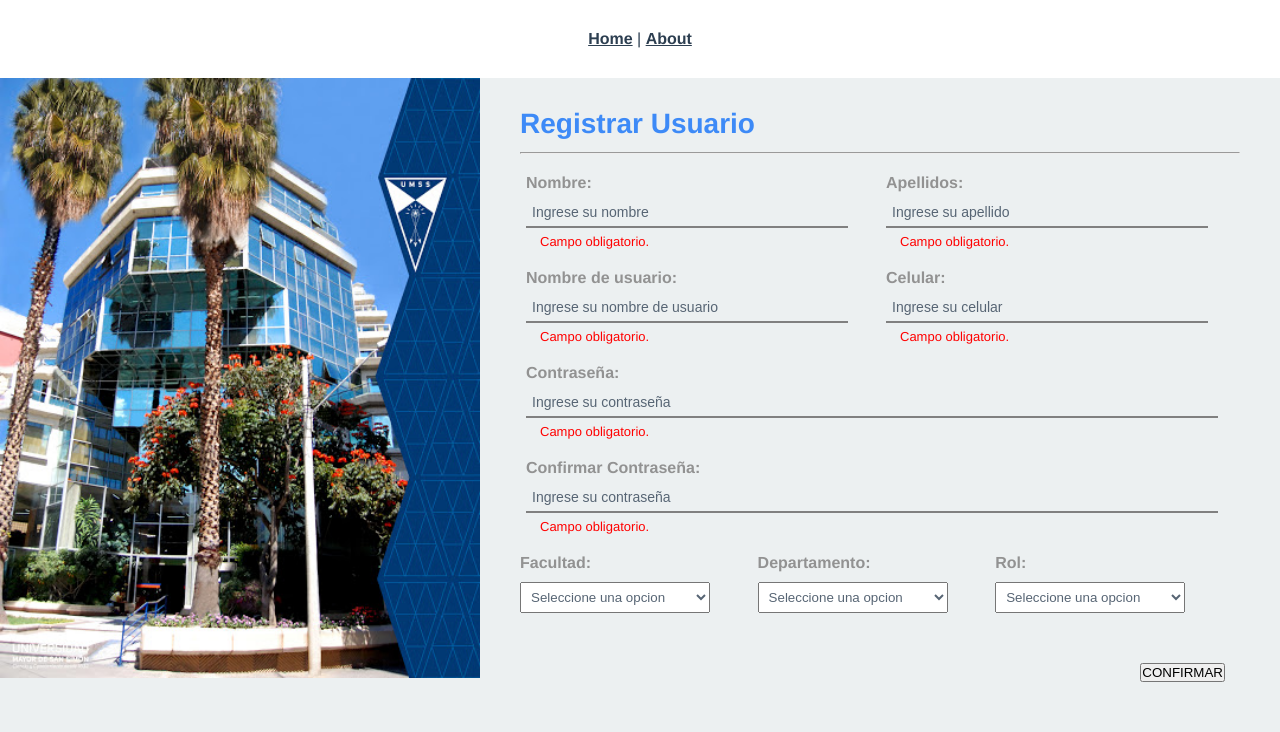
Repository: BritanyTorrico/front-cotizaciones
Page: /register
These files come from the project's save history. The page is drawn as it stood at one moment and after the next save; the edit follows.
The browser window is 1280 px wide. The pictures show the whole page.
The project was rebuilt for these pictures with package versions that can differ from the ones it lists, and the page was loaded fresh each time. Also part of the build but not shown: vue.config.js, src/components/HelloWorld.vue, src/views/Home.vue.

Above is the page before, as saved 2021-04-22 12:51:05.

### src/main.js
import Vue from "vue";
import App from "./App.vue";
import router from "./router";
import store from "./store";
import instance from "@/services/axios";
import Vuelidate from "vuelidate";
Vue.config.productionTip = false;
Vue.prototype.$http = instance;
Vue.use(Vuelidate);
new Vue({
    router,
    store,
    render: (h) => h(App),
}).$mount("#app");

### src/App.vue
<template>
  <div id="app">
    <div id="nav">
      <router-link to="/">Home</router-link> |
      <router-link to="/about">About</router-link>
    </div>
    <router-view />
  </div>
</template>

<style>
* {
  padding: 0;
  margin: 0;
}
:root {
  --color-title: #3d8af7;
  --color-name: #929292;
  --color-line: #c0c0c0;
}
#app {
  font-family: Avenir, Helvetica, Arial, sans-serif;
  -webkit-font-smoothing: antialiased;
  -moz-osx-font-smoothing: grayscale;
  text-align: center;
  color: #2c3e50;
}

#nav {
  padding: 30px;
}

#nav a {
  font-weight: bold;
  color: #2c3e50;
}

#nav a.router-link-exact-active {
  color: #42b983;
}
</style>

### src/router/index.js
import Vue from "vue";
import VueRouter from "vue-router";
import Home from "../views/Home.vue";

Vue.use(VueRouter);

const routes = [{
        path: "/",
        name: "Home",
        component: Home,
    },
    {
        path: "/about",
        name: "About",
        // route level code-splitting
        // this generates a separate chunk (about.[hash].js) for this route
        // which is lazy-loaded when the route is visited.
        component: () =>
            import ( /* webpackChunkName: "about" */ "../views/About.vue"),
    },
    {
        path: "/register",
        name: "RegisterUserPage",
        component: () =>
            import ("../views/RegisterUserPage.vue"),
    },
];

const router = new VueRouter({
    mode: "history",
    base: process.env.BASE_URL,
    routes,
});

export default router;

### src/services/axios.js
import axios from "axios";

const instance = axios.create({
    baseURL: "http://localhost:4000/",
    headers: { "Content-Type": "application/json" },
});

export default instance;

### src/views/RegisterUserPage.vue
<template>
  <div>
    <register-user />
  </div>
</template>

<script>
import RegisterUser from "@/components/User/RegisterUser.vue";
export default {
  components: { RegisterUser },
  name: "RegisterUserPage",
};
</script>

<style lang="scss" scoped></style>

### src/components/User/RegisterUser.vue
<template>
  <div class="container">
    <form @submit.prevent="submitForm">
      <div class="flex-container">
        <div class="form__image">
          <img src="@/assets/edificioUMSS.jpg" alt="" />
        </div>

        <div class="form__datos">
          <div class="form_title">
            <h1>Registrar Usuario</h1>
            <hr class="form__linea" />
          </div>
          <div class="form__section">
            <div class="form__name">
              <label
                ><div class="formulario_label">Nombre:</div>
                <input
                  v-on:keydown="keyhandler($event)"
                  :class="
                    $v.users.nombres.$invalid
                      ? 'form_check-input-error'
                      : 'form__input'
                  "
                  type="text"
                  placeholder="Ingrese su nombre"
                  v-model="users.nombres"
                />
              </label>
              <div class="form_check-error" v-if="!$v.users.nombres.required">
                Campo obligatorio.
              </div>
              <div class="form_check-error" v-if="!$v.users.nombres.maxLength">
                Máximo
                {{ $v.users.nombres.$params.maxLength.max }}caracteres.
              </div>
            </div>
            <div class="form__name">
              <label
                ><div class="formulario_label">Apellidos:</div>
                <input
                  :class="
                    $v.users.apellidos.$invalid
                      ? 'form_check-input-error'
                      : 'form__input'
                  "
                  type="text"
                  placeholder="Ingrese su apellido"
                  required
                  v-model="users.apellidos"
                />
              </label>
              <div class="form_check-error" v-if="!$v.users.apellidos.required">
                Campo obligatorio.
              </div>
              <div
                class="form_check-error"
                v-if="!$v.users.apellidos.maxLength"
              >
                Máximo
                {{ $v.users.apellidos.$params.maxLength.max }} caracteres.
              </div>
            </div>
          </div>
          <div class="form__section">
            <div class="form__name">
              <label
                ><div class="formulario_label">Nombre de usuario:</div>
                <input
                  :class="
                    $v.users.nombre_usuario.$invalid
                      ? 'form_check-input-error'
                      : 'form__input'
                  "
                  type="text"
                  placeholder="Ingrese su nombre de usuario"
                  v-model="users.nombre_usuario"
                  required
                />
              </label>
              <div
                class="form_check-error"
                v-if="!$v.users.nombre_usuario.required"
              >
                Campo obligatorio.
              </div>
              <div
                class="form_check-error"
                v-if="!$v.users.nombre_usuario.maxLength"
              >
                Máximo
                {{ $v.users.nombre_usuario.$params.maxLength.max }} caracteres.
              </div>
            </div>
            <div class="form__name">
              <label
                ><div class="formulario_label">Celular:</div>
                <input
                  :class="
                    $v.users.celular.$invalid
                      ? 'form_check-input-error'
                      : 'form__input'
                  "
                  type="text"
                  placeholder="Ingrese su celular"
                  v-model="users.celular"
                />
              </label>
              <div class="form_check-error" v-if="!$v.users.celular.required">
                Campo obligatorio.
              </div>
            </div>
          </div>
          <div class="form__section2">
            <div class="formulario_label">Contraseña:</div>
            <input
              type="password"
              :class="
                $v.users.contrasena.$invalid
                  ? 'form_check-input-error'
                  : 'form__input'
              "
              placeholder="Ingrese su contraseña"
              v-model="users.contrasena"
            />
            <div class="form_check-error" v-if="!$v.users.contrasena.required">
              Campo obligatorio.
            </div>
            <div class="form_check-error" v-if="!$v.users.contrasena.maxLength">
              Contraseña muy larga máximo
              {{ $v.users.contrasena.$params.maxLength.max }} caracteres.
            </div>
          </div>
          <div class="form__section2">
            <div class="formulario_label">Confirmar Contraseña:</div>
            <input
              type="password"
              :class="
                $v.users.confirmarContraseña.$invalid
                  ? 'form_check-input-error'
                  : 'form__input'
              "
              placeholder="Ingrese su contraseña"
              v-model="users.confirmarContraseña"
            />
            <div
              class="form_check-error"
              v-if="!$v.users.confirmarContraseña.required"
            >
              Campo obligatorio.
            </div>
            <div
              class="form_check-error"
              v-if="!$v.users.confirmarContraseña.maxLength"
            >
              Contraseña muy larga maximo
              {{ $v.users.confirmarContraseña.$params.maxLength.max }}
              caracteres.
            </div>
          </div>
          <div class="form__section3">
            <div class="fomrm__section__item">
              <lista-desplegable
                v-model="users.facultad"
                nombreLista="Facultad:"
                :lista="listfacultad"
              ></lista-desplegable>
            </div>
            <div class="fomrm__section__item">
              <lista-desplegable
                v-model="users.departamento"
                nombreLista="Departamento:"
                :lista="listDepartament"
              ></lista-desplegable>
            </div>
            <div class="fomrm__section__item">
              <lista-desplegable
                v-model="users.nombre_rol"
                nombreLista="Rol:"
                :lista="listRoles"
              ></lista-desplegable>
            </div>
          </div>
          <div class="boton">
            <button class="boton-input ">CONFIRMAR</button>
          </div>
          <Alert ref="alert"></Alert>
        </div>
      </div>
    </form>
  </div>
</template>

<script>
import { required, minLength, maxLength } from "vuelidate/lib/validators";
import ListaDesplegable from "./ListaDesplegable.vue";
import Alert from "@/components/User/Alert.vue";
export default {
  components: { ListaDesplegable, Alert },
  name: "RegisterUser",
  data() {
    return {
      users: {
        nombre_usuario: null,
        contrasena: null,
        confirmarContraseña: null,
        nombres: null,
        apellidos: null,
        celular: null,
        facultad: null,
        departamento: null,
        nombre_rol: null,
      },
      listDepartament: [
        "Ingeniería de Sistemas",
        "Ingeniería Informática",
        "Ingeniería Civil",
        "Ingeniería Mecánica",
        "Administración",
      ],
      listfacultad: [
        "FACULTAD DE CIENCIAS Y TECNOLOGIA",
        "FACULTAD DE CIENCIAS ECONÓMICAS",
      ],
      listRoles: [
        "Super Usuario",
        "Jefe de Departamento",
        "Secretario",
        "Cotizador",
        "Responsable de Presupuestos",
      ],
    };
  },
  validations: {
    users: {
      nombres: {
        required,
        minLength: minLength(3),
        maxLength: maxLength(20),
      },
      apellidos: {
        required,
        minLength: minLength(4),
        maxLength: maxLength(30),
      },
      nombre_usuario: {
        required,
        maxLength: maxLength(20),
      },
      contrasena: {
        required,
        minLength: minLength(8),
        maxLength: maxLength(20),
      },
      confirmarContraseña: {
        required,
        minLength: minLength(8),
        maxLength: maxLength(20),
      },
      celular: {
        required,
        minLength: minLength(8),
      },
    },
  },
  methods: {
    keyhandler(e) {
      if (!e.key.match(/^[a-zA-Z0-9ñÑáéíóúÁÉÍÓÚ.\s]*$/)) {
        e.preventDefault();
      }
    },
    async submitForm() {
      try {
        if (!this.$v.users.$invalid) {
          console.log("creo");
          await this.sendDataUsers();

          this.alert("success", "Usuario creado exitosamente");
          await this.sendUsernameRol();
        } else {
          this.alert("warning", "Rellene todos los datos correctamente");
        }
      } catch (error) {
        this.alert("warning", "Error al crear usuario");
      }
    },

    async sendUsernameRol() {
      try {
        console.log("roles");
        await this.$http.post("usersPerRole", {
          nombre_rol: this.users.nombre_rol,
          nombre_usuario: this.users.nombre_usuario,
        });
      } catch (error) {
        throw new Error("ALGO SALIO MAL");
      }
    },
    async sendDataUsers() {
      try {
        console.log(this.users);
        await this.$http.post("users", {
          nombre_usuario: this.users.nombre_usuario,
          contrasena: this.users.contrasena,
          nombres: this.users.nombres,
          apellidos: this.users.apellidos,
          celular: this.users.celular,
          facultad: this.users.facultad,
          departamento: this.users.departamento,
        });
      } catch (error) {
        throw new Error("ALGO SALIO MAL");
      }
    },
    alert(alertType, alertMessage) {
      this.$refs.alert.showAlert(alertType, alertMessage);
    },
  },
};
</script>

<style lang="css" scoped>
.flex-container {
  display: flex;
  background-color: #ecf0f1;
}
.form__image {
  width: 40%;
}
.form__image img {
  width: 100%;
  height: 600px;
}

.form__datos {
  width: 60%;
  margin-left: 40px;
  margin-right: 40px;
}
.form_title {
  color: var(--color-title);
  text-align: left;
  font-size: 14px;
}
.form_title h1 {
  padding-top: 30px;
  padding-bottom: 12px;
}
.form__linea {
  color: var(--color-title);
}
.form__input {
  width: 100%;
  padding: 6px;
  margin: 6px 6px;
  border: none;
  border-bottom: 2px solid var(--color-line);
  background-color: transparent;
  color: black;
  font-size: 14px;
}
.form_check-input-error {
  width: 100%;
  padding: 6px;
  margin: 6px 6px;
  border: none;
  border-bottom: 2px solid gray;
  background-color: transparent;
  color: black;
  font-size: 14px;
}
.form__input:focus {
  background: linear-gradient(to bottom, transparent, #ced6e0);
  outline: none;
  border-bottom: 2px solid #747d8c;
}
.form_check-input-error:focus {
  background: linear-gradient(to bottom, transparent, #ced6e0);
  outline: none;
  border-bottom: 2px solid red;
}
::placeholder {
  color: #576574;
}
.form__section {
  margin-top: 20px;
  display: flex;
}
.form__section2 {
  margin-top: 20px;
  margin-right: 40px;
}
.form__section3 {
  display: flex;
}
.fomrm__section__item {
  width: 33%;
}
.formulario_label {
  padding-left: 6px;
  color: var(--color-name);
  text-align: left;
  font-weight: bold;
}
.form__name {
  width: 100%;
  padding-right: 50px;
}
.boton {
  display: flex;
  justify-content: right;
  align-items: right;
  margin: 50px 15px;
}
.boton__input {
  width: 120px;
  height: 35px;
  border-radius: 30px;
  background: blue;
  color: white;
  font-weight: bold;
  border-bottom: none;
  border: none;
}
.form_check-error {
  color: red;
  font-size: 13px;
  text-align: left;
  margin-left: 20px;
}
</style>

### src/components/User/ListaDesplegable.vue
<template>
  <div class="container">
    <div class="container__label">{{ nombreLista }}</div>
    <select
      v-on:input="$emit('input', $event.target.value)"
      class="container__list"
    >
      <option selected="true" disabled="disabled">Seleccione una opcion</option>
      <option
        class="container__list__option"
        v-for="(item, index) in lista"
        :key="index"
        :value="item"
      >
        {{ item }}</option
      >
    </select>
  </div>
</template>

<script>
export default {
  name: "ListaDesplegable",
  data() {
    return {};
  },
  props: {
    value: String,
    nombreLista: String,
    nombre: String,
    lista: Array,
  },

  methods: {},
};
</script>

<style lang="css" scoped>
.container {
  text-align: left;
  padding-top: 20px;
}
.container__label {
  color: var(--color-name);
  margin-bottom: 10px;
  font-weight: bold;
}
.container__list {
  width: 80%;
  color: #576574;
  padding: 6px;
}
.container__list__option {
}
</style>

### src/components/User/Alert.vue
<template>
  <div v-if="show" class="alert" :class="type">
    <span class="closebtn" @click="hideAlert()">&times;</span>
    {{ message }}
  </div>
</template>

<script>
export default {
  name: "Alert",
  data() {
    return {
      show: false,
      type: "",
      message: "",
    };
  },
  methods: {
    showAlert(alertType, alertMessage) {
      this.type = alertType;
      this.message = alertMessage;
      this.show = true;
    },
    hideAlert() {
      this.show = false;
    },
  },
};
</script>

<style scoped>
.alert {
  display: block;
  padding: 20px;
  color: white;
  top: 30px;
  right: 0px;
  position: fixed;
  z-index: 2;
}
.success {
  background-color: #0064d0;
}
.warning {
  background-color: #ed1c24;
}
.closebtn {
  margin-left: 15px;
  color: white;
  font-weight: bold;
  float: right;
  font-size: 22px;
  line-height: 20px;
  cursor: pointer;
  transition: 0.3s;
}
.closebtn:hover {
  color: black;
}
</style>

Loaded but not shown: public/index.html (common file); src/store/index.js (common file)

After the next save:
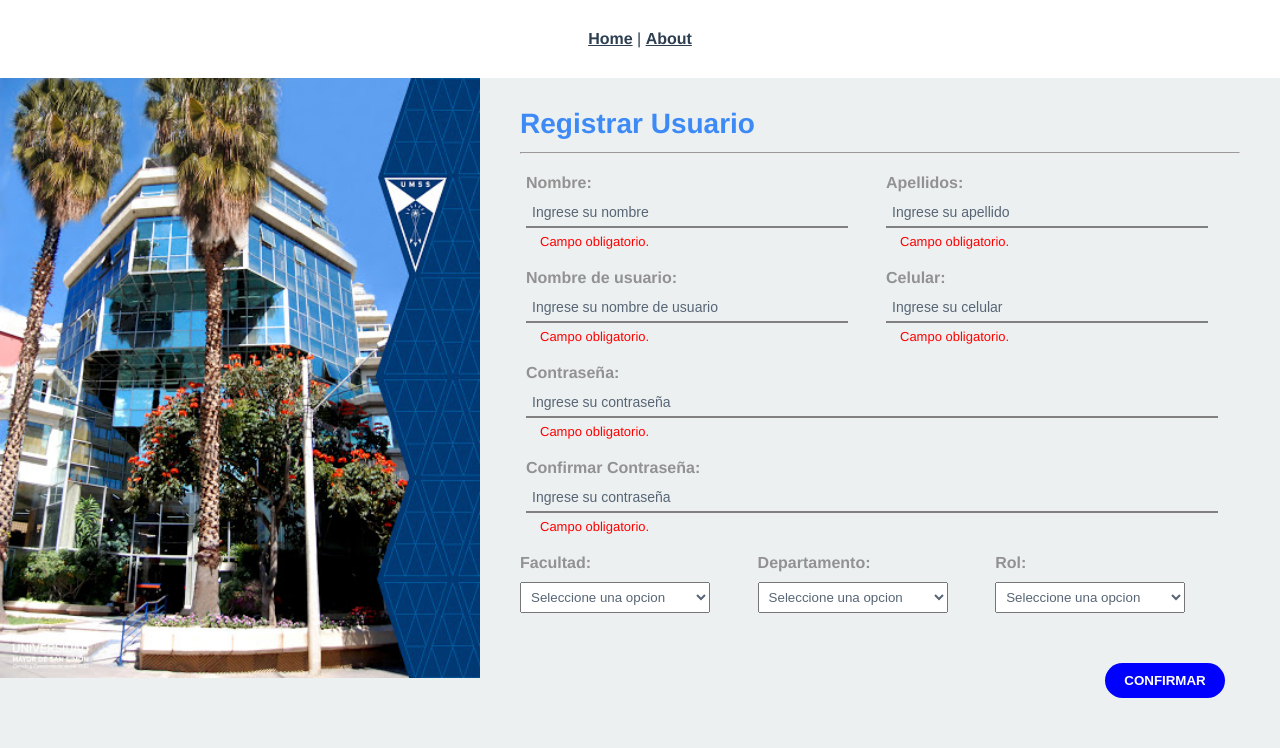
Saved 13 s later.
--- a/src/components/User/RegisterUser.vue
+++ b/src/components/User/RegisterUser.vue
@@ -182,7 +182,7 @@
             </div>
           </div>
           <div class="boton">
-            <button class="boton-input ">CONFIRMAR</button>
+            <button class="boton__input ">CONFIRMAR</button>
           </div>
           <Alert ref="alert"></Alert>
         </div>
